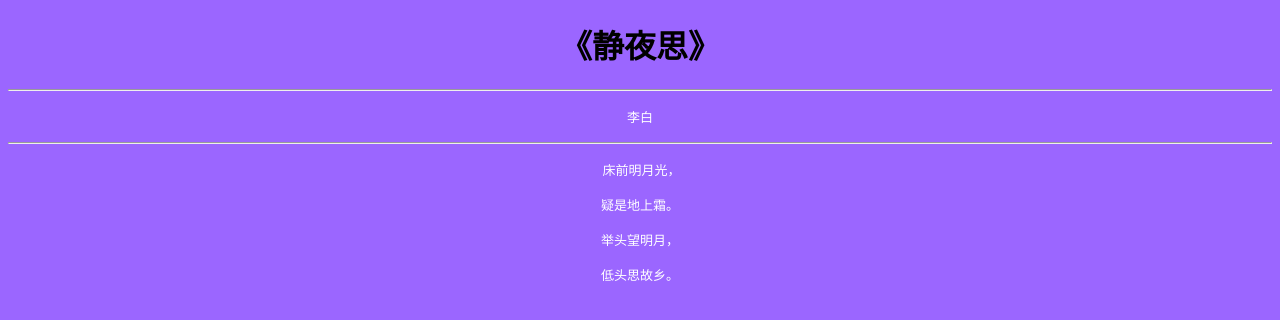
Repository: 13982720426/jsp-homework
Page: JSP实验课作业/JSP实验课1/sy2-4.html
These files come from the project's save history. The page is drawn as it stood at one moment and after the next save; the edit follows.
The browser window is 1280 px wide. The pictures show the whole page.

Above is the page before, as saved 2021-04-21 20:10:57.

After the next save:
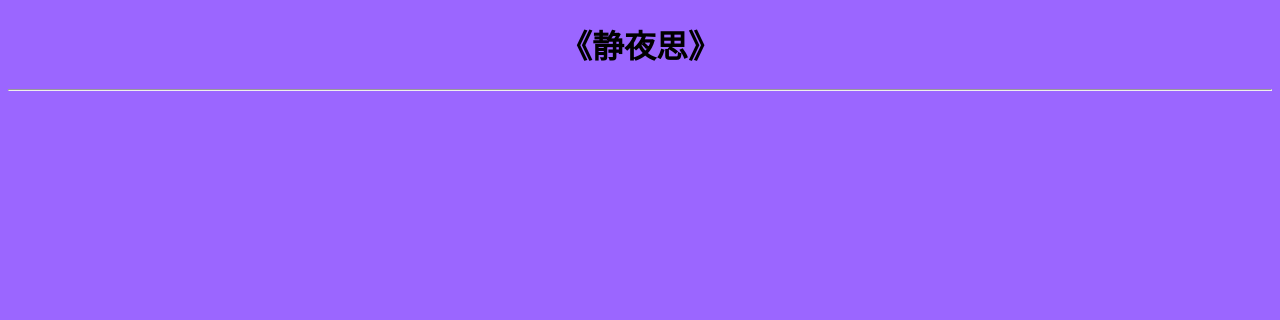
Saved 21 s later.
--- a/JSP实验课作业/JSP实验课1/sy2-4.html
+++ b/JSP实验课作业/JSP实验课1/sy2-4.html
@@ -11,7 +11,7 @@
     <div style='text-align:center; color:"#ffffff" '>
         <h1>《静夜思》</h1>
         <hr />
-        <p>
+        <!-- <p>
             <font size="2" color="#ffffff">李白</font>
             <hr />
         <p>
@@ -21,7 +21,7 @@
         <p>
             <font size="2" color="#ffffff">举头望明月，</font>
         <p>
-            <font size="2" color="#ffffff">低头思故乡。</font>
+            <font size="2" color="#ffffff">低头思故乡。</font> -->
     </div>
 </body>
 
